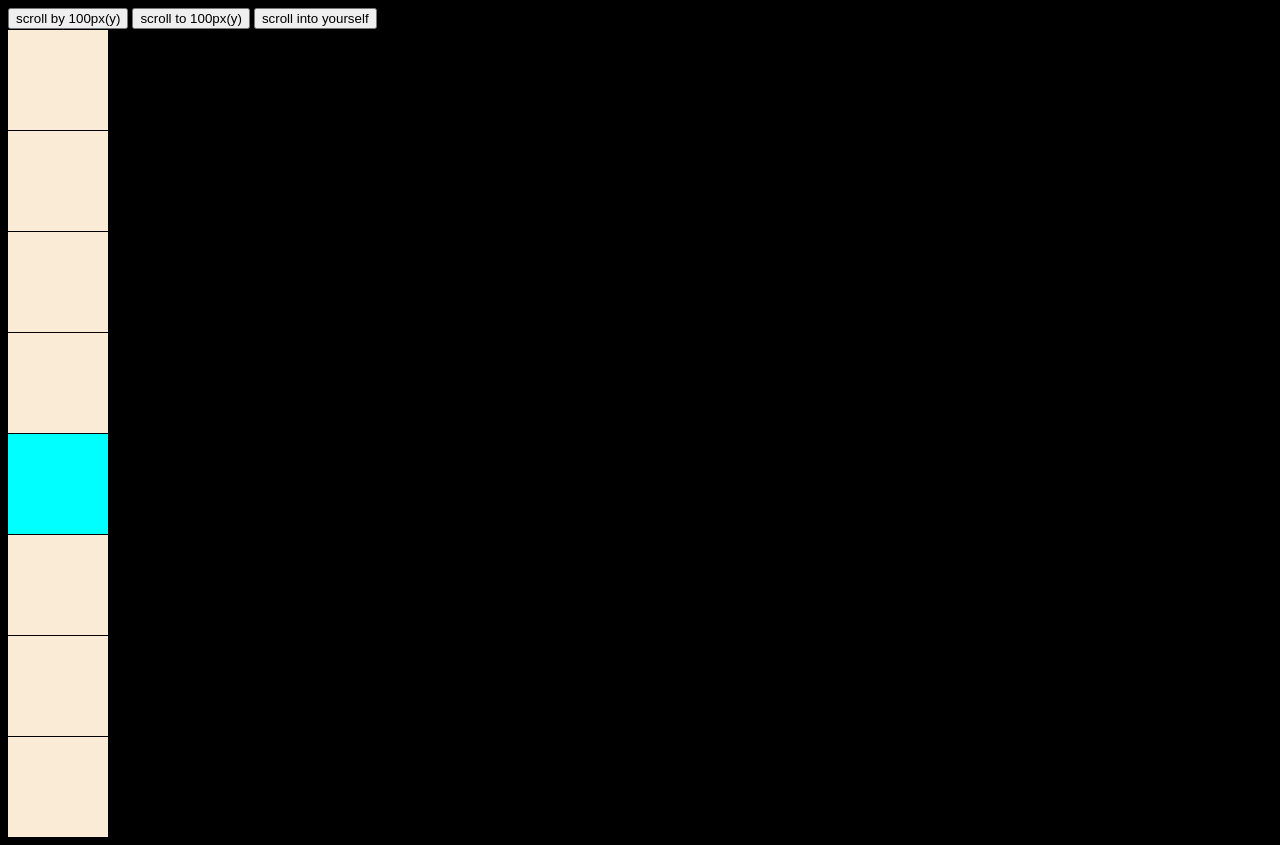
Repository: DongjaJ/Browser
Page: chap1/window-scrolling.html
The author's editor kept a copy of each file at every save. The page is drawn from the files as they stood at one save, then again after the next save.
The browser window is 1280 px wide. The pictures show the whole page.

Above is the page before, as saved 2022-08-19 16:22:56.

### chap1/window-scrolling.html
<!DOCTYPE html>
<html lang="en">
<head>
	<meta charset="UTF-8">
	<meta http-equiv="X-UA-Compatible" content="IE=edge">
	<meta name="viewport" content="width=device-width, initial-scale=1.0">
	<title>Document</title>
	<style>
		body{
			background-color: black;
		}
		.normal{
			width: 100px;
			height: 100px;
			background-color:antiquewhite;
			margin: 1px 0px;
		}
		#special{
			width: 100px;
			height: 100px;
			background-color: aqua;
			margin: 1px 0px;
		}
	</style>
</head>
<body>
	<button class ="aa">scroll by 100px(y)</button>
	<button class = "bb">scroll to 100px(y)</button>
	<button class = "cc">scroll into yourself</button>
	<div class="normal"></div>
	<div class="normal"></div>
	<div class="normal"></div>
	<div class="normal"></div>
	<div id="special"></div>
	<div class="normal"></div>
	<div class="normal"></div>
	<div class="normal"></div>

	<script>
	document.querySelector("#special").addEventListener('click', e =>{
		const rect = e.target.getBoundingClientRect();
		console.log(rect);
		console.log("client X ", e.clientX," client Y ", e.clientY);
		console.log("page X ",e.pageX ," page Y", e.pageY);
	});

	document.querySelector(".aa").addEventListener('click', event =>{
		window.scrollBy(0,100);
	});

	document.querySelector(".bb").addEventListener('click', event =>{
		window.scrollTo(0,100);
	});

	document.querySelector(".cc").addEventListener('click', event =>{
		const special = document.querySelector('#special')
		window.scrollTo(0,10);
	});

	</script>
</body>
</html>

After the next save:
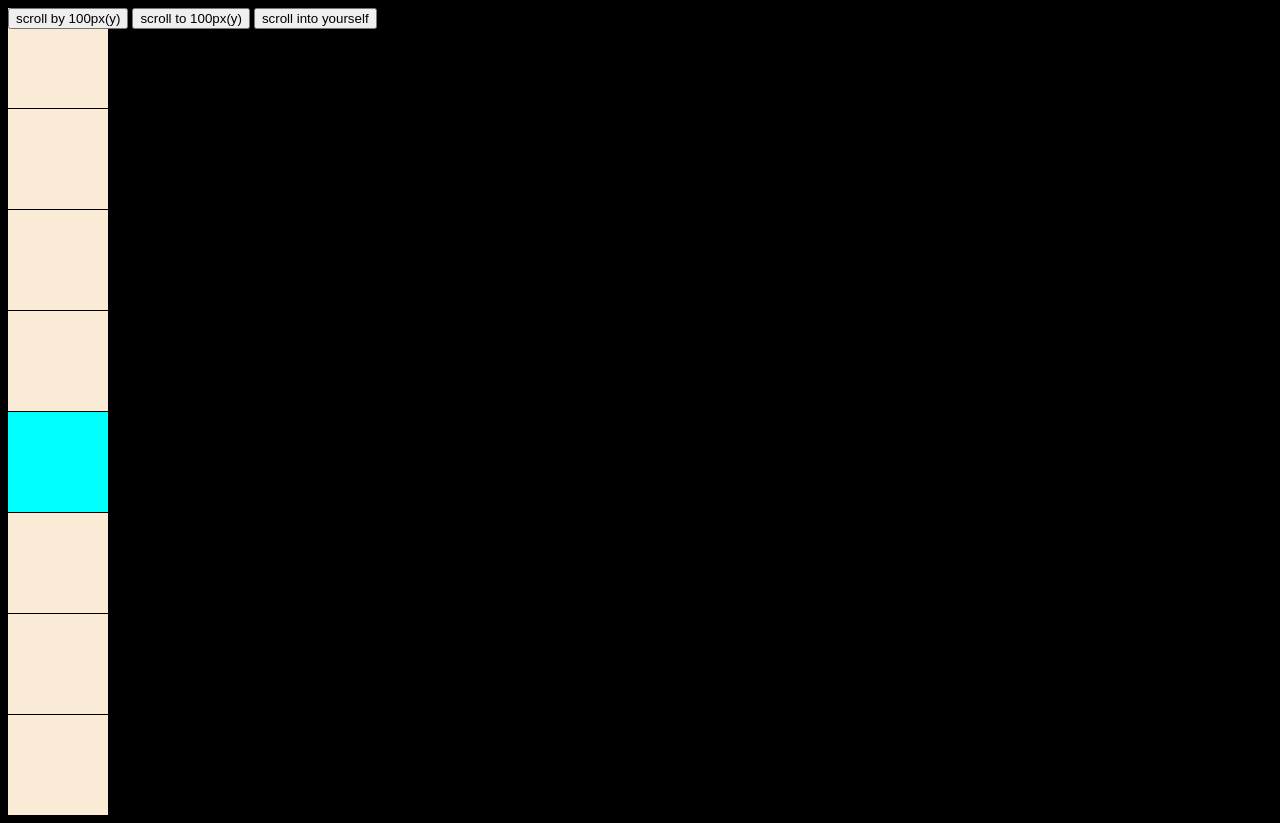
Saved 35 s later.
--- a/chap1/window-scrolling.html
+++ b/chap1/window-scrolling.html
@@ -24,9 +24,10 @@
 	</style>
 </head>
 <body>
-	<button class ="aa">scroll by 100px(y)</button>
-	<button class = "bb">scroll to 100px(y)</button>
-	<button class = "cc">scroll into yourself</button>
+	<div style="position: absolute;"><button class ="aa">scroll by 100px(y)</button>
+		<button class = "bb">scroll to 100px(y)</button>
+		<button class = "cc">scroll into yourself</button></div>
+
 	<div class="normal"></div>
 	<div class="normal"></div>
 	<div class="normal"></div>

After the save that followed:
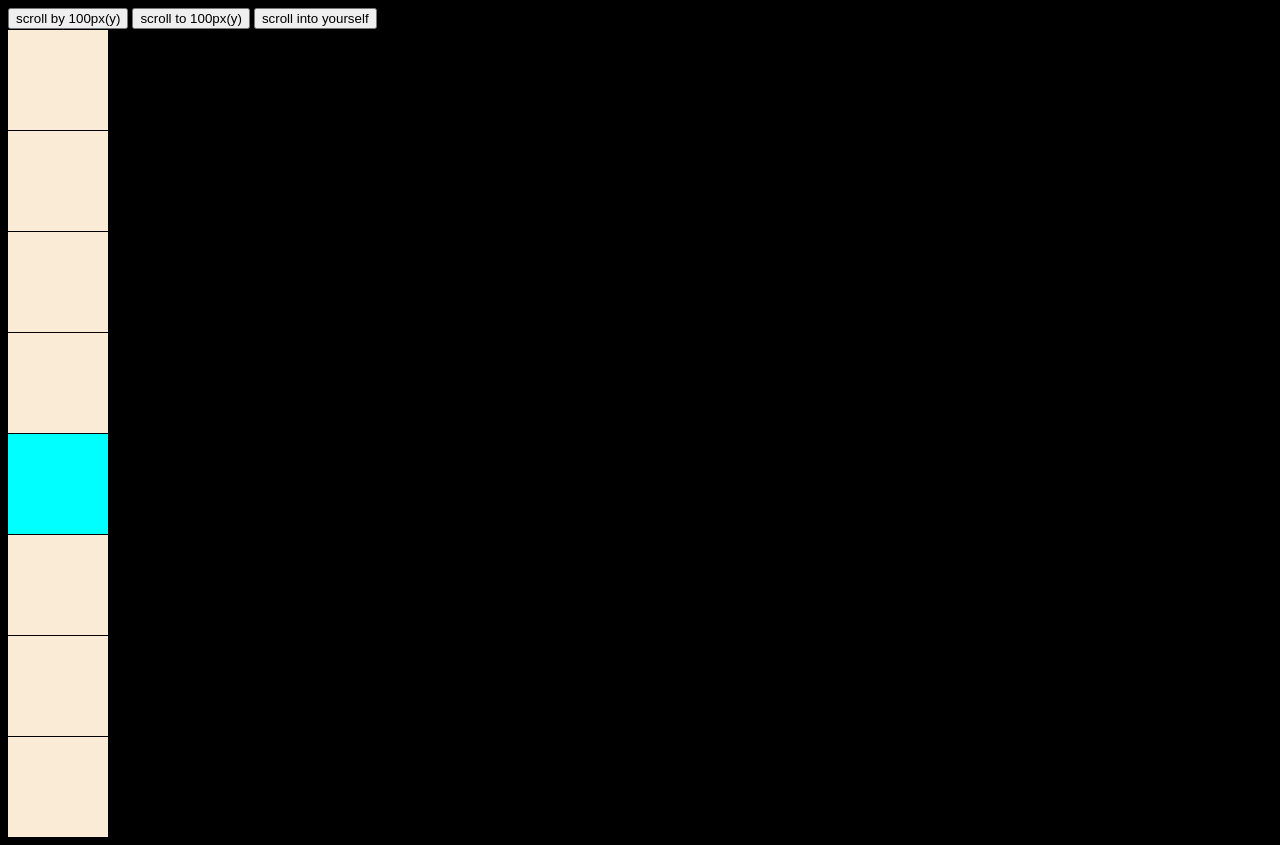
Saved 9 s later.
--- a/chap1/window-scrolling.html
+++ b/chap1/window-scrolling.html
@@ -24,7 +24,7 @@
 	</style>
 </head>
 <body>
-	<div style="position: absolute;"><button class ="aa">scroll by 100px(y)</button>
+	<div style="position: static;"><button class ="aa">scroll by 100px(y)</button>
 		<button class = "bb">scroll to 100px(y)</button>
 		<button class = "cc">scroll into yourself</button></div>
 
